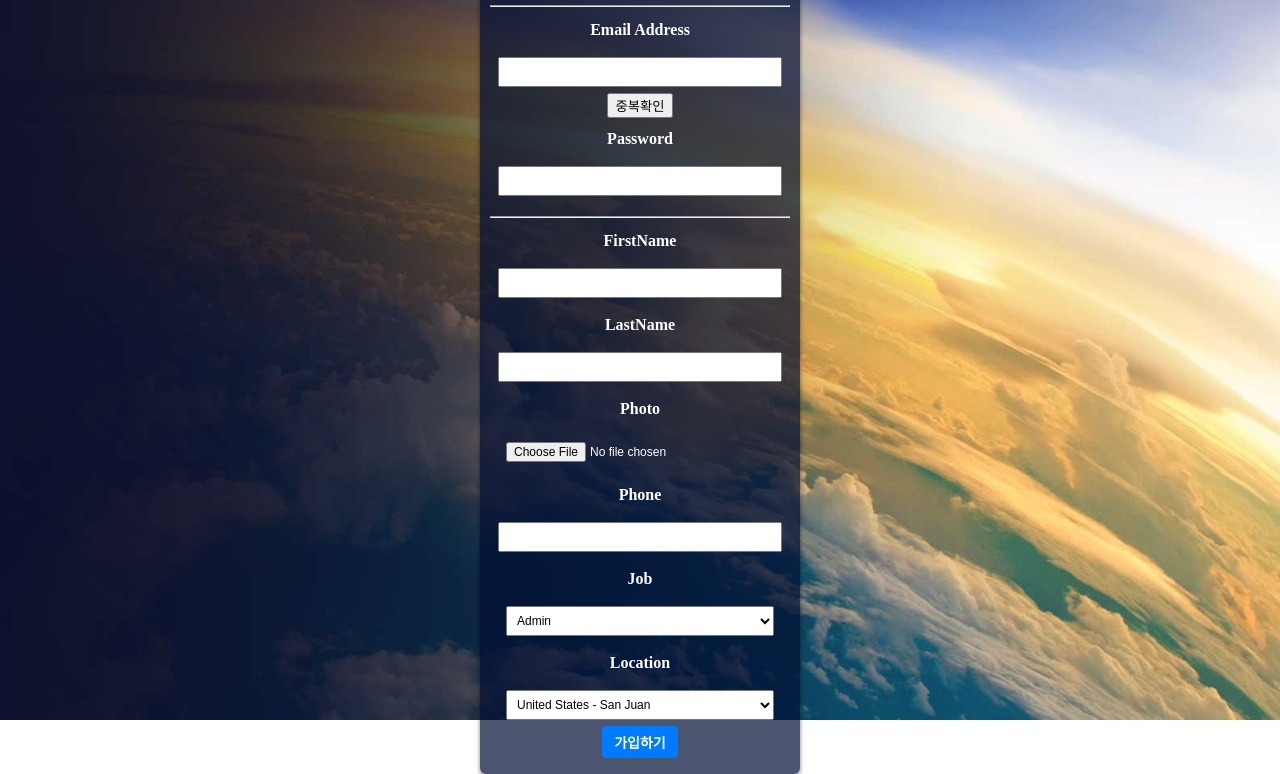
Repository: leeboseok/proposal-board
Page: http://localhost/ProposalSys/signup.jsp
The author's editor kept a copy of each file at every save. The page is drawn from the files as they stood at one save, then again after the next save.
The browser window is 1280 px wide. The pictures show the whole page.
The page is served by Tomcat 9.

Above is the page before, as saved 2024-08-07 10:01:36.

After the next save:
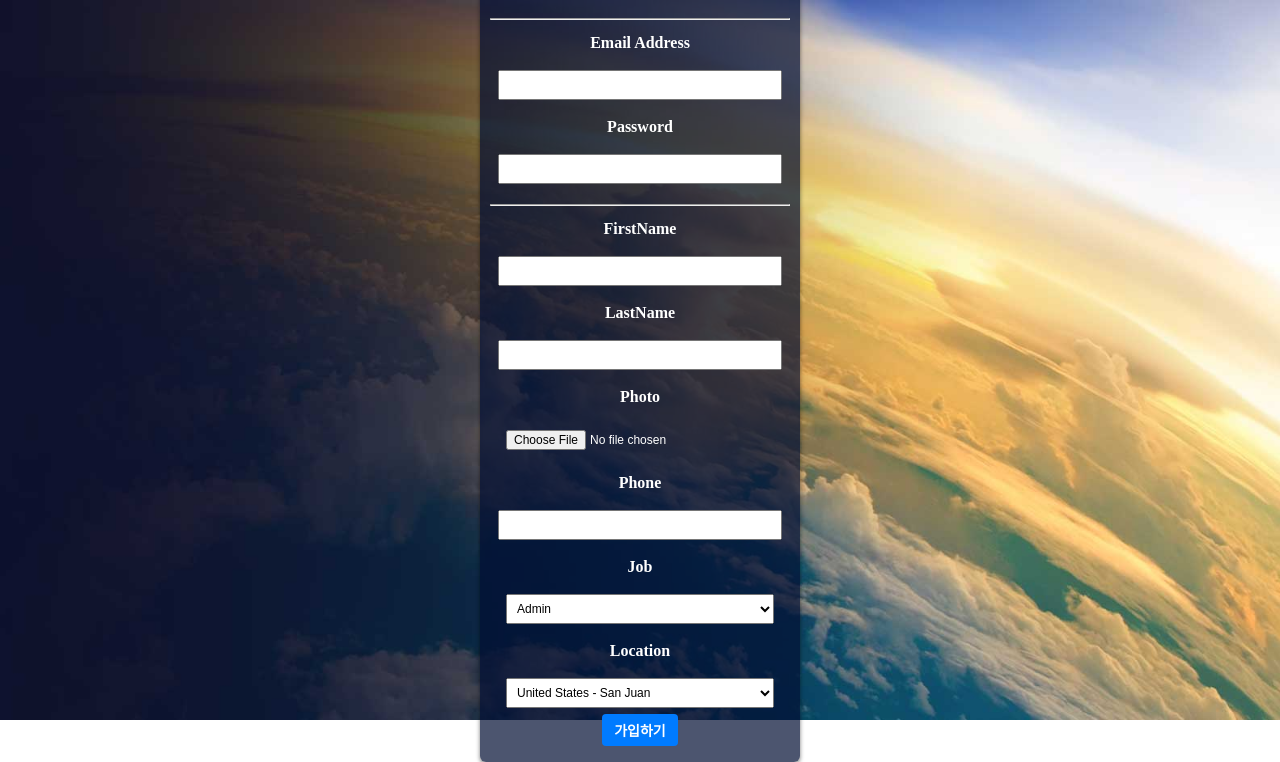
Saved 6 min 17 s later.
--- a/ProposalSys/src/main/webapp/signup.jsp
+++ b/ProposalSys/src/main/webapp/signup.jsp
@@ -16,8 +16,6 @@
                 <div>Email Address</div>
                 <div>
                 	<input type="email" name="email" required>
-                	<input type="hidden" name="reEmail">
-                	<input type="button" value="중복확인" onclick="emailCheck()">
                 </div>
                 <div>Password</div>
                 <div><input type="password" name="pw" required></div>
